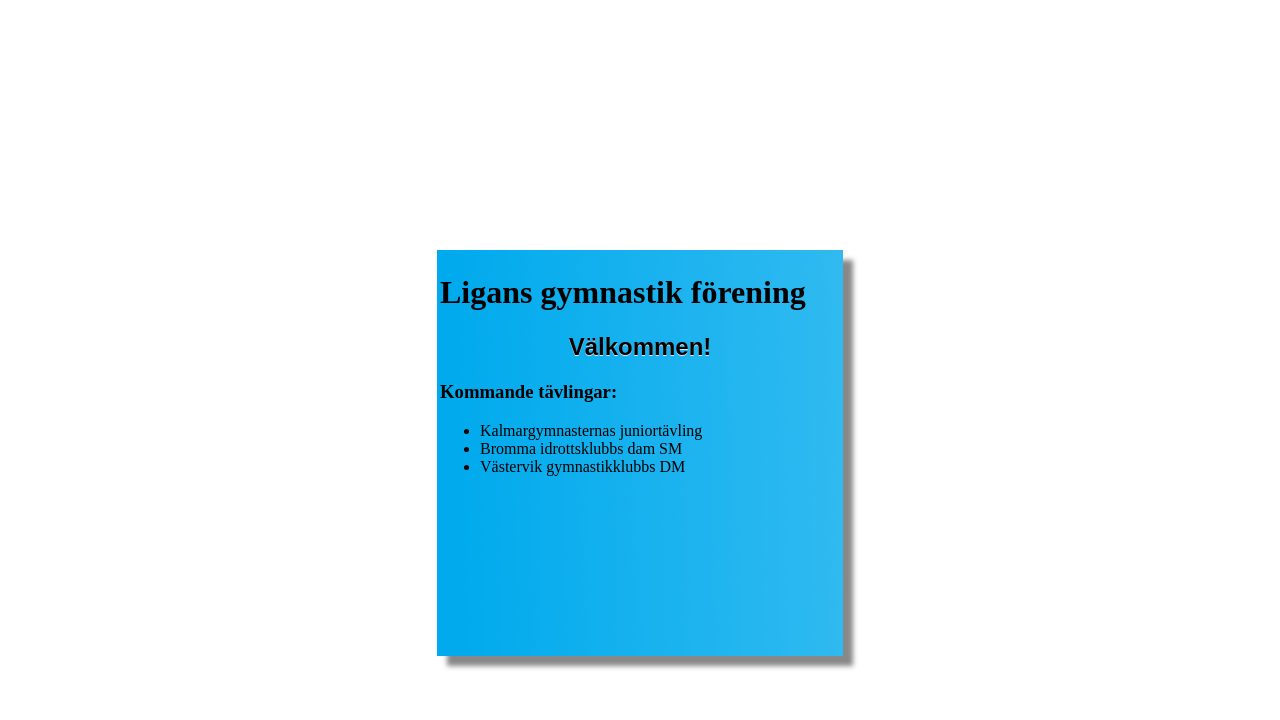
Repository: js223mx/1DV404-js223mx-Iterativ-mjukvaruutveckling-lab-3
Page: Tests/info.html
The author's editor kept a record of every edit. The page is drawn from the files as they stood at one moment, then again after the next edit.
The browser window is 1280 px wide. The pictures show the whole page.

Above is the page before.

After the next edit:
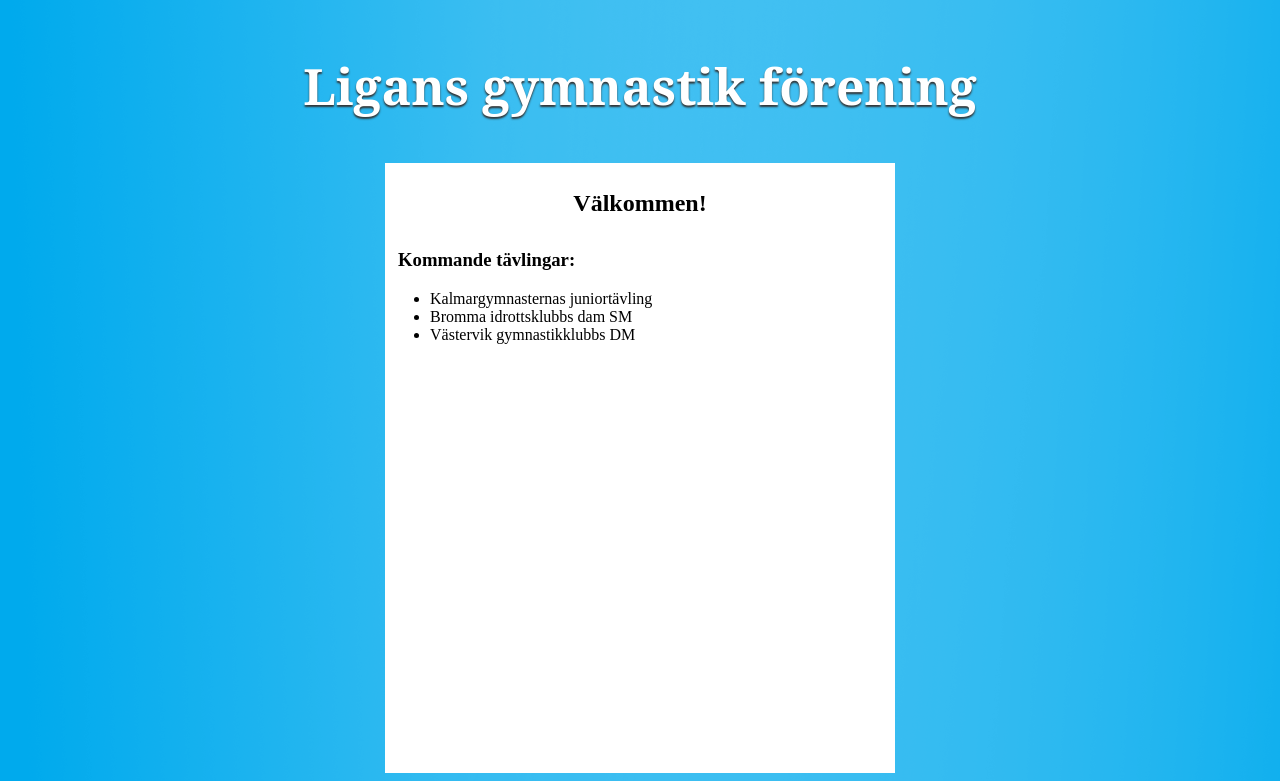
The edit:
--- a/Tests/info.html
+++ b/Tests/info.html
@@ -3,7 +3,7 @@
 <head>
 	<meta charset="UTF-8" />
  	<title>Ligan</title>
- 	<link rel="stylesheet" href="style.css">
+ 	<link rel="stylesheet" href="info.css">
  	<script src="script.js"></script>
 </head>
     <body>
